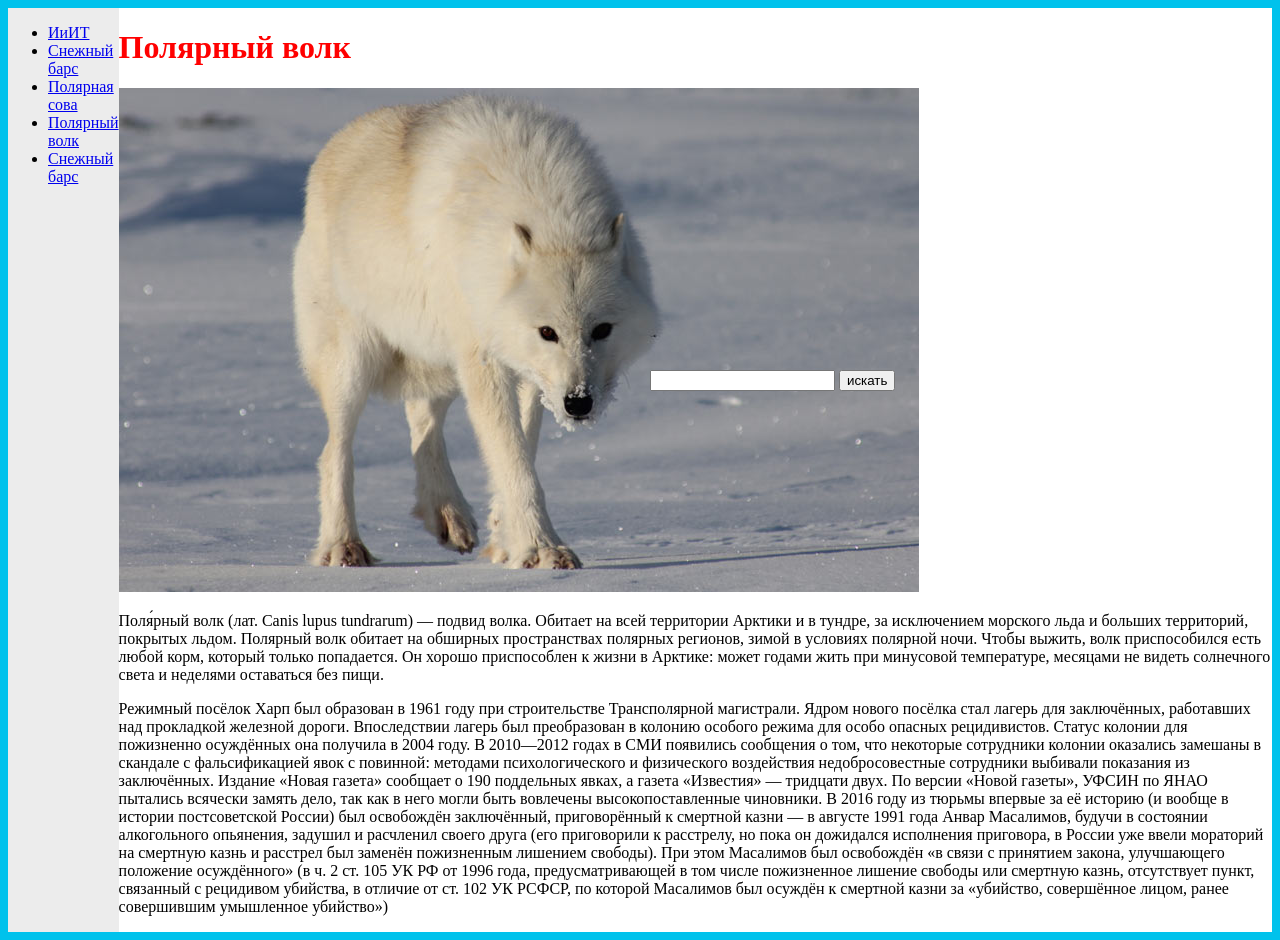
Repository: polinamalysheva/polina.github.io
Page: week11/4.html
The author's editor kept a record of every edit. The page is drawn from the files as they stood at one moment, then again after the next edit.
The browser window is 1280 px wide. The pictures show the whole page.

Above is the page before.

After the next edit:
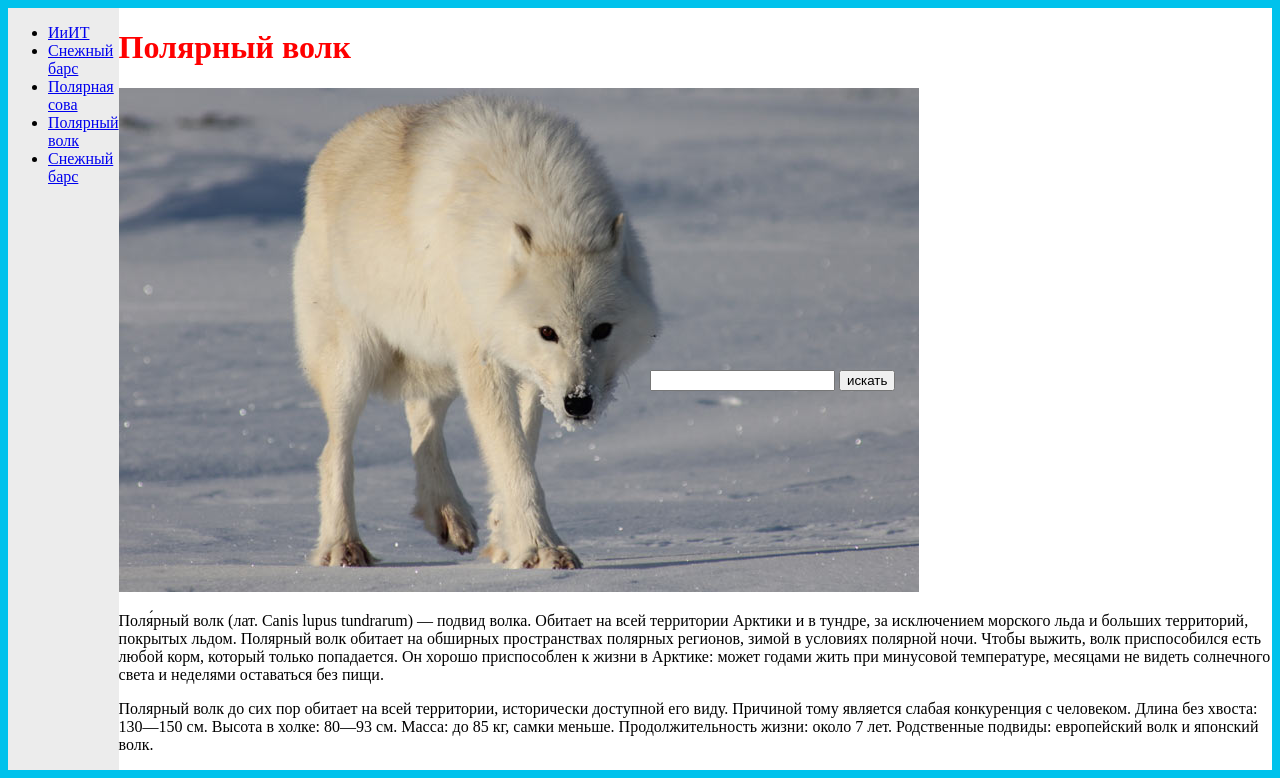
The edit:
--- a/week11/4.html
+++ b/week11/4.html
@@ -24,17 +24,8 @@
    Полярный волк обитает на обширных пространствах полярных регионов, зимой в условиях полярной ночи. Чтобы выжить, волк приспособился есть любой корм, который только попадается.
    Он хорошо приспособлен к жизни в Арктике: может годами жить при минусовой температуре, месяцами не видеть солнечного света и неделями оставаться без пищи.</p>
   <p>
-   Режимный посёлок Харп был образован в 1961 году при строительстве Трансполярной магистрали. Ядром нового посёлка стал лагерь для заключённых, работавших над прокладкой железной дороги.
-   Впоследствии лагерь был преобразован в колонию особого режима для особо опасных рецидивистов. Статус колонии для пожизненно осуждённых она получила в 2004 году.
-   В 2010—2012 годах в СМИ появились сообщения о том, что некоторые сотрудники колонии оказались замешаны в скандале с фальсификацией явок с повинной: методами психологического и
-   физического воздействия недобросовестные сотрудники выбивали показания из заключённых. Издание «Новая газета» сообщает о 190 поддельных явках, а газета «Известия» — тридцати двух.
-   По версии «Новой газеты», УФСИН по ЯНАО пытались всячески замять дело, так как в него могли быть вовлечены высокопоставленные чиновники.
-
-   В 2016 году из тюрьмы впервые за её историю (и вообще в истории постсоветской России) был освобождён заключённый, приговорённый к смертной казни — в августе 1991 года Анвар Масалимов,
-   будучи в состоянии алкогольного опьянения, задушил и расчленил своего друга (его приговорили к расстрелу, но пока он дожидался исполнения приговора, в России уже ввели мораторий на
-   смертную казнь и расстрел был заменён пожизненным лишением свободы). При этом Масалимов был освобождён «в связи с принятием закона, улучшающего положение осуждённого»
-   (в ч. 2 ст. 105 УК РФ от 1996 года, предусматривающей в том числе пожизненное лишение свободы или смертную казнь, отсутствует пункт, связанный с рецидивом убийства, в отличие от ст. 102 УК РСФСР,
-   по которой Масалимов был осуждён к смертной казни за «убийство, совершённое лицом, ранее совершившим умышленное убийство»)</p>
+   Полярный волк до сих пор обитает на всей территории, исторически доступной его виду. Причиной тому является слабая конкуренция с человеком.
+   Длина без хвоста: 130—150 см. Высота в холке: 80—93 см. Масса: до 85 кг, самки меньше. Продолжительность жизни: около 7 лет. Родственные подвиды: европейский волк и японский волк.</p>
      </main>
     </div>
     <div id="google">
